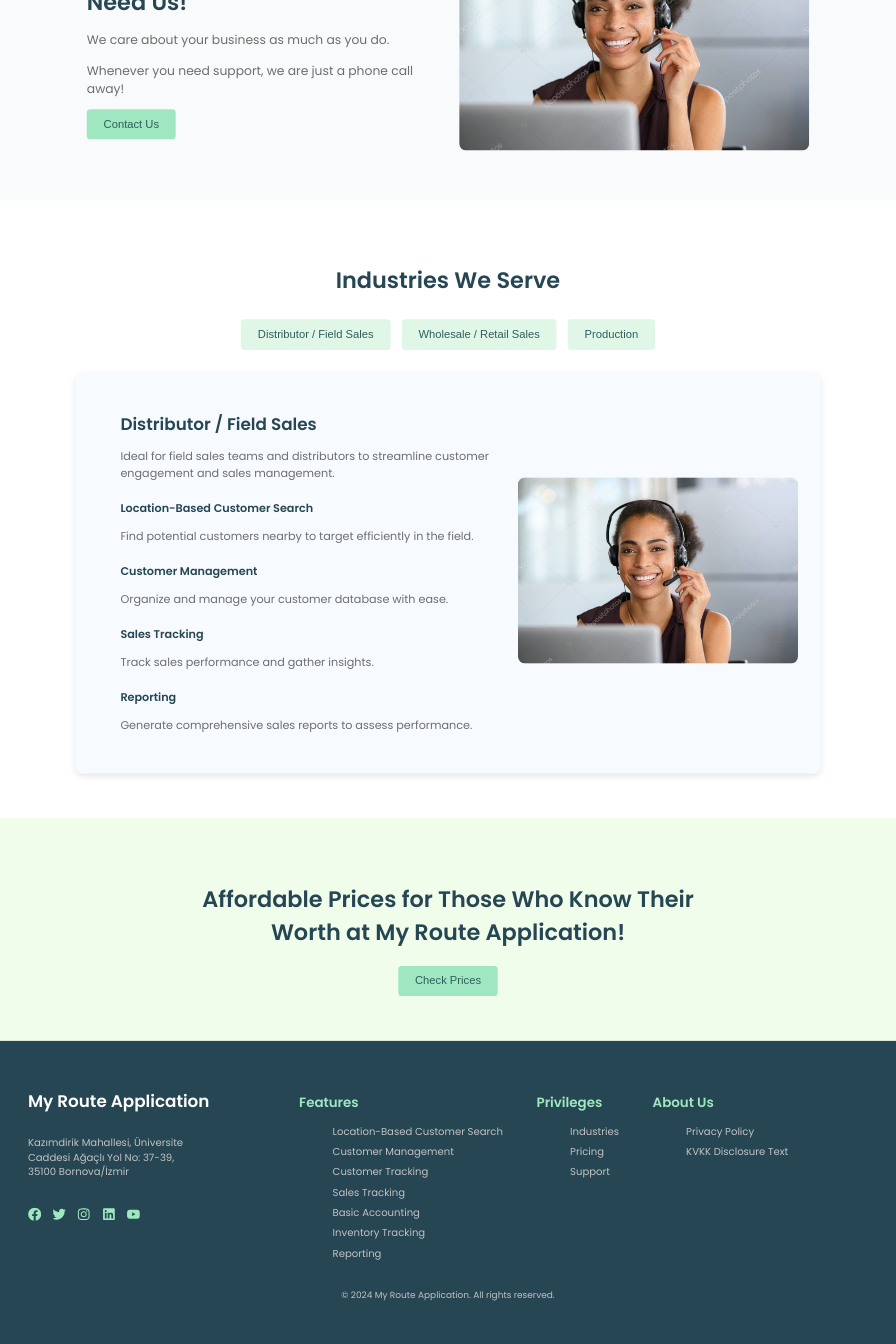
Repository: senolinanyasar/myrouteapplication
Page: /industries
An editor plug-in stored every save of this project. The page is shown before and after the next save, followed by the edit.
The browser window is 1280 px wide. The pictures show the part of the page from y = 2360 to 4280 px (the page is 4280 px tall), at 70% of full size.
The project was rebuilt for these pictures with package versions that can differ from the ones it lists, and the page was loaded fresh each time. Also part of the build but not shown: vite.config.js.

Above is the page before, as saved 2024-11-15 18:03:10.

### src/index.css
@import url('https://fonts.googleapis.com/css2?family=Poppins:wght@400;600&display=swap');

body {
  font-family: 'Poppins', sans-serif;
  color: #264653;
  background-color: #f1faee;
  margin: 0;
  padding: 0;
  box-sizing: border-box;
}

code {
  font-family: source-code-pro, Menlo, Monaco, Consolas, 'Courier New',
    monospace;
}

### src/App.js
import React from 'react';
import HomePage from './components/HomePage';

function App() {
  return (
    <div className="App">
      <HomePage/>
    </div>
  );
}

export default App;

### src/components/HomePage.js
// HomePage.js
import React from 'react';
import TopBar from './TopBar';
import Header from './Header';
import HeroSection from './HeroSection';
import FeaturesSection from './FeaturesSection';
import PricingSection from './PricingSection';
import SupportSection from './SupportSection';
import IndustriesTab from './IndustriesTab';
import Footer from './Footer';

const HomePage = () => {
    return (
        <div>
            <TopBar />
            <Header />
            <HeroSection />
            <FeaturesSection />
            <SupportSection />
            <IndustriesTab />
            <PricingSection />
            <Footer />
        </div>
    );
};

export default HomePage;

### src/components/TopBar.js
// TopBar.js
import React from 'react';
import './TopBar.css';

const TopBar = () => {
    return (
        <div className="top-bar">
            <div className="top-bar-content">
                <span>Help</span>
                <span>0232 323 3223</span>
                <a href="#contact">Contact</a>
            </div>
        </div>
    );
};

export default TopBar;

### src/components/Header.js
// Header.js
import React from 'react';
import './Header.css';

const Header = () => {
    return(
        <header className="header">
            <div className="header-logo">logo</div>
            <nav className="header-nav">
                <a href="#features">Features</a>
                <a href="#industries">Industries</a>
                <a href="#pricing">Price</a>
                <a href="#about">About Us</a>
                <a href='#contact'>Contact</a>
            </nav>
            <div className="header-buttons">
                <button className="login-button">Sing in</button>
                <button className="register-button">Sing Up</button>
            </div>
        </header>
    );
};


export default Header;

### src/components/HeroSection.js
// HeroSection.js
import React from 'react';
import './HeroSection.css';
import herosectionimage from '../images/hero1.webp';

const HeroSection = () =>{
    return(
        <section className="hero">
            <div className='hero-content'>
                <div className='hero-text'>
                    <h2>Customer Finding and Account Management Application Coming from the Heart of Commerce</h2>
                    <p>Increase your sales by finding your customers quickly.</p>
                    <button className='cta-button'>Let's Get it</button>
                </div>
                <div className='hero-image'>
                    <img src={herosectionimage} alt="Hero"/>
                </div>
            </div>
        </section>
    );
};

export default HeroSection;

### src/components/FeaturesSection.js
// FeaturesSection.js
import React from 'react';
import './FeaturesSection.css';
import locationImage from '../images/location.jpg';

const FeaturesSection = () => {
    return (
        <section className="features-section">
            <h2 className='features-title'>Everything You Need <br /> in One Application</h2>
            <div className='feature'>
                <div className='feature-text'>
                    <h3>Finding customers is now very easy!</h3>
                    <p>Expand your market by quickly finding customers in the sector you sell to with our location finder plugin</p>

                <button className='cta-button'>Detail</button>
            </div>
            <div className='feature-image'>
            <img src={locationImage} alt="Location Feature" />
            </div>
            </div>

            <div className='feature'>
                <div className='feature-text'>
                    <h3>Finding customers is now very easy!</h3>
                    <p>Expand your market by quickly finding customers in the sector you sell to with our location finder plugin</p>

                <button className='cta-button'>Detail</button>
            </div>
            <div className='feature-image'>
            <img src={locationImage} alt="Location Feature" />
            </div>
            </div>
            <div className='feature'>
                <div className='feature-text'>
                    <h3>Finding customers is now very easy!</h3>
                    <p>Expand your market by quickly finding customers in the sector you sell to with our location finder plugin</p>

                <button className='cta-button'>Detail</button>
            </div>
            <div className='feature-image'>
            <img src={locationImage} alt="Location Feature" />
            </div>
            </div>
            <div className='feature'>
                <div className='feature-text'>
                    <h3>Finding customers is now very easy!</h3>
                    <p>Expand your market by quickly finding customers in the sector you sell to with our location finder plugin</p>

                <button className='cta-button'>Detail</button>
            </div>
            <div className='feature-image'>
            <img src={locationImage} alt="Location Feature" />
            </div>
            </div>
        </section>
    );
};

export default FeaturesSection;

### src/components/PricingSection.js
// PricingSection.js
import React from "react";
import './PricingSection.css';

const PricingSection = () => {
    return (
        <section className="pricin-section">
          <div className="price-content">
          <h2>Affordable Prices for Those Who Know Their Worth at My Route Application!</h2>
          <button className="cta-button">Check Prices</button>
          </div>
      </section>
    );
};

export default PricingSection;

### src/components/SupportSection.js
//SupportSection.js
import React from "react";
import './SupportSection.css';
import supportImage from '../images/supportimage.jpg';


const SupportSection = () =>{
    return (
        <section className="support-section">
            <div className="support-content">
                <div className="support-text">
                <h2>We're Here for You When You Need Us!</h2>
          <p>We care about your business as much as you do.</p>
          <p>Whenever you need support, we are just a phone call away!</p>
          <button className="cta-button">Contact Us</button>
                </div>
                <div className="support-image">
                <img src={supportImage} alt="Support Team" />
                </div>
            </div>
        </section>
    );
};

export default SupportSection;

### src/components/IndustriesTab.js
// IndustriesTab.js
import React, { useState } from "react";
import './IndustriesTab.css';
import distributorImage from '../images/supportimage.jpg'
import wholesaleImage from '../images/supportimage.jpg'
import productionImage from '../images/supportimage.jpg'




const industriesContent = {
    distributorFieldSales: {
        title: "Distributor / Field Sales",
        description: "Ideal for field sales teams and distributors to streamline customer engagement and sales management.",
        image: distributorImage,
        features: [
            { title: "Location-Based Customer Search", text: "Find potential customers nearby to target efficiently in the field." },
            { title: "Customer Management", text: "Organize and manage your customer database with ease." },
            { title: "Sales Tracking", text: "Track sales performance and gather insights." },
            { title: "Reporting", text: "Generate comprehensive sales reports to assess performance." }
        ]
    },
    wholesaleRetail: {
        title: "Wholesale / Retail Sales",
        description: "Designed for wholesale and retail businesses to manage inventory and customer interactions seamlessly.",
        image: wholesaleImage,
        features: [
            { title: "Customer Management", text: "Maintain customer profiles and track interactions." },
            { title: "Inventory Tracking", text: "Keep accurate inventory records and prevent stock issues." },
            { title: "Sales Tracking", text: "Monitor sales across retail and wholesale channels." },
            { title: "Basic Accounting", text: "Manage finances and transactions for better accounting." },
            { title: "Reporting", text: "Generate sales and stock reports to optimize operations." }
        ]

    },
    production: {
        title: "Production",
        description: "Perfect for manufacturing businesses to manage stock and production-related customer needs.",
        image: productionImage,
        features: [
            { title: "Inventory Tracking", text: "Track raw materials and finished goods efficiently." },
            { title: "Customer Management", text: "Organize customer details for efficient order processing." },
            { title: "Basic Accounting", text: "Handle finances and basic bookkeeping." },
            { title: "Reporting", text: "Generate production and sales reports for operational insights." }
        ]
    }
};


const IndustriesTab = () => {
    const [activeTab, setActiveTab] = useState("distributorFieldSales");
    const handleTabChange = (tab) => {
        setActiveTab(tab);
    };

    const { title, description, image, features } = industriesContent[activeTab];
    return (
        <section className="industries-tab">
            <h2 className="tabs-title">Industries We Serve</h2>
            <div className="tabs-buttons">
                <button onClick={() => handleTabChange("distributorFieldSales")}>Distributor / Field Sales</button>
                <button onClick={() => handleTabChange("wholesaleRetail")}>Wholesale / Retail Sales</button>
                <button onClick={() => handleTabChange("production")}>Production</button>
            </div>
            <div className="tabs-content">
                <div className="tabs-text">
                    <h3>{title}</h3>
                    <p>{description}</p>
                    {features.map((feature,index)=> (
                        <div key={index} className="tabs-feature">
                            <strong>{feature.title}</strong>
                            <p>{feature.text}</p>
                            </div>
                    ))}
                </div>
                <div className="tabs-image">
                    <img src={image} alt={title}/>
                </div>
            </div>
        </section>
    );
};

export default IndustriesTab;

### src/components/Footer.js
// Footer.js

import React from 'react';
import './Footer.css';
import { FaFacebook, FaInstagram, FaLinkedin, FaTwitter, FaYoutube } from 'react-icons/fa';

const Footer = () => {
    return (
        <footer className="footer">
            <div className='footer-content'>
                <div className='footer-left'>
                    <div className='footer-logo'>
                        <h2>My Route Application</h2>
                    </div>
                    <p>Kazımdirik Mahallesi, Üniversite <br />Caddesi Ağaçlı Yol No: 37-39, <br />35100 Bornova/İzmir</p>
                    <div className='social-icons'>
                        <FaFacebook />
                        <FaTwitter />
                        <FaInstagram />
                        <FaLinkedin />
                        <FaYoutube />
                    </div>
                </div>

                <div className="footer-right">
                <br/><br/><br/><br/>
                    <div className='footer-section'>
                        <h4>Features</h4>
                        <ul>
                            <li>Location-Based Customer Search</li>
                            <li>Customer Management</li>
                            <li>Customer Tracking</li>
                            <li>Sales Tracking</li>
                            <li>Basic Accounting</li>
                            <li>Inventory Tracking</li>
                            <li>Reporting</li>
                        </ul>
                    </div>

                    <div className="footer-section">
                        <h4>Privileges</h4>
                        <ul>
                            <li>Industries</li>
                            <li>Pricing</li>
                            <li>Support</li>
                        </ul>
                    </div>

                    <div className="footer-section">
                        <h4>About Us</h4>
                        <ul>
                            <li>Privacy Policy</li>
                            <li>KVKK Disclosure Text</li>
                        </ul>
                    </div>
                </div>
            </div>

            <div className="footer-bottom">
                <p>&copy; 2024 My Route Application. All rights reserved.</p>
            </div>
        </footer>
    );
};

export default Footer;

### src/components/TopBar.css
/* TopBar.css */

.top-bar {
    background-color: #2f5d5b;
    color: white;
    padding: 0.5rem;
    font-size: 0.9rem;
    display: flex;
    justify-content: center;
    position: fixed;
    top: 0;
    width: 99%;
    z-index: 1000;
}
.top-bar-content {
    display: flex;
    gap: 1rem;
    align-items: center;
    justify-content: flex-end;
    width: 100%;
}

.top-bar-content span{
    color: #ffffff;
}
.top-bar-content a{
    color: #9fe7c0;
    text-decoration: none;
    transition: color 0.3s;
}

.top-bar-content a:hover{
    color: #c3f2d0;
}

### src/components/Header.css
/* Header.css */
.header{
    display: flex;
    justify-content: space-between;
    align-items: center;
    padding: 1rem 2rem;
    background-color: #2f5d5b;
    color: white;
    margin-top: 2rem;
    position: sticky;
    top: 2rem;
    z-index: 999;
}


.header-logo {
    font-size: 1.5rem;
    font-weight: bold;
}
.header-nav a{
    margin: 0 1rem;
    color: white;
    text-decoration: none;
}
.header-nav a:hover {
    color: #e9c46a;
  }

.header-buttons button{
    margin-left: 1rem;
    padding: 0.5rem 1rem;
    border: none;
    border-radius: 5px;
}

.login-button{
    background-color: #2f5d5b;
    color: white;
}

.register-button{
    background-color: #9fe7c0;
    color: black;
}

### src/components/HeroSection.css
.hero {
    padding: 4rem 2rem;
    background-color: #2f5d5b;
    color: white;

}

.hero-content {
    display: flex;
    align-items: center;
    justify-content: space-between;
    max-width: 1000px;
    margin: 0 auto;
}

.hero-text {
    flex: 1;
    margin-right: 2rem;
}

.hero h2 {
    font-size: 2.5rem;
    margin-bottom: 1rem;

}

.hero p {
    font-size: 1.2rem;
    margin-bottom: 2rem;

}

.cta-button {
    padding: 0.8rem 1.5rem;
    font-size: 1rem;
    color: #2f5d5b;
    background-color: #9fe7c0;
    border: none;
    border-radius: 5px;
    cursor: pointer;
    transition: background-color 0.3s ease;
}

.cta-button:hover {
    background-color: #c3f2d0;
}

.hero-image {
    flex: 1;
    max-width: 500px;
    height: auto;

}

.hero-image img {
    width: 100%;
    height: auto;
    object-fit: cover;
    border-radius: 10px;
}

### src/components/FeaturesSection.css
/* FeaturesSection.css */
.features-section {
    padding: 4rem 2rem;
    text-align: center;
}

.features-title {
    font-size: 2rem;
    font-weight: 600;
    color: #264653;
    margin-bottom: 3rem;
    line-height: 1.2;
}



.feature {
    display: flex;
    align-items: center;
    justify-content: center;
    gap: 2rem;
    margin-bottom: 4rem;
    flex-direction: row;
}

.feature:nth-child(even) {
    flex-direction: row-reverse;
}

.feature-text {
    flex: 1;
    max-width: 500px;
    text-align: left;
}

.features h3 {
    font-size: 1.8rem;
    font-weight: 600;
    color: #264653;
    margin-bottom: 1rem;
}

.feature-text p {
    font-size: 1.1rem;
    color: #6d6d6d;
    margin-bottom: 1.5rem;
}

.cta-button {
    padding: 0.8rem 1.5rem;
    font-size: 1rem;
    color: #2f5d5b;
    background-color: #9fe7c0;
    border: none;
    border-radius: 5px;
    cursor: pointer;
    transition: background-color 0.3s ease;
    text-align: center;
}

.cta-button:hover {
    background-color: #c3f2d0;
}

.feature-image {
    flex: 1;
    max-width: 400px;
    height: auto;
}

.feature-image img {
    width: 100%;
    height: auto;
    object-fit: cover;
    border-radius: 10px;
}

### src/components/PricingSection.css
/* PricingSection.css */

.pricin-section{
    background-color: #f0fdeb;
    padding: 4rem 2rem;
    text-align: center;
}
.price-content{
    max-width: 800px;
    margin:  0 auto;
}

.price-content h2{
    font-size: 2rem;
    font-weight: 600;
    color: #264653;
    margin-bottom: 1.5rem;
}

.cta-button {
    padding: 0.8rem 1.5rem;
    font-size: 1rem;
    color: #2f5d5b;
    background-color: #9fe7c0;
    border: none;
    border-radius: 5px;
    cursor: pointer;
    transition: background-color 0.3s ease;
  }

  .cta-button:hover {
    background-color: #c3f2d0;
  }

### src/components/SupportSection.css
/*SupportSection.css */
.support-section{
    background-color: #f9fafb;
    padding: 4rem 2rem;
    display: flex;
    justify-content: center;
    align-items: center;
}

.support-content{
    display: flex;
    align-items: center;
    justify-content: space-between;
    max-width: 1200px;
    gap: 2rem;
}

.support-text{
    flex: 1;
    max-width: 500px;
    text-align: left;
}
.support-text h2{
    font-size: 2rem;
    color: #264653;
    margin-bottom: 1rem;
}

.support-text p {
    font-size: 1.1rem;
    color: #6d6d6d;
    margin-bottom: 1rem;
  }

  .cta-button {
    padding: 0.8rem 1.5rem;
    font-size: 1rem;
    color: #2f5d5b;
    background-color: #9fe7c0;
    border: none;
    border-radius: 5px;
    cursor: pointer;
    transition: background-color 0.3s ease;
  }

  .cta-button:hover {
    background-color: #c3f2d0;
  }

  .support-image {
    flex: 1;
    max-width: 500px;
  }

  .support-image img {
    width: 100%;
    height: auto;
    object-fit: cover;
    border-radius: 10px;
  }

### src/components/IndustriesTab.css
/*IndustriesTab */

.industries-tab{
    background-color: #ffffff;
    padding: 4rem 2rem;
    text-align: center;
}

.tabs-title{
    font-size: 2rem;
    font-weight: 600;
    color: #264653;
    margin-bottom: 2rem;
}

.tabs-buttons{
    display: flex;
    justify-content: center;
    gap: 1rem;
    margin-bottom: 2rem;
}

.tabs-buttons button{
    padding: 0.8rem 1.5rem;
    font-size: 1rem;
    color: #2f5d5b;
    background-color: #e0f7e7;
    border: none;
    border-radius: 5px;
    cursor: pointer;
    transition: background-color 0.3s ease;
}

.tabs-buttons button:hover,
.tabs-buttons button:focus{
    background-color: #9fe7c0;
}

.tabs-content{
    display: flex;
    justify-content: space-around;
    align-items: center;
    background-color: #f7faff;
    padding: 2rem;
    border-radius: 10px;
    box-shadow: 0 4px 10px rgba(0, 0, 0, 0.1);
    max-width: 1000px;
    margin:  0 auto;
}

.tabs-text {
    flex: 1;
    text-align: left;
    padding-left: 2rem;
}

.tabs-text h3 {
    font-size: 1.5rem;
    color: #264653;
    margin-bottom: 1rem;
}
.tabs-text p {
    color: #6d6d6d;
    margin-bottom: 1.5rem;
}

.tabs-feature{
    margin-bottom: 1rem;
}

.tabs-feature strong {
    display: block;
    color: #264653;
    margin-bottom: 0.3rem;
}

.tabs-image{
    flex: 1;
    max-width: 400px;
}

.tabs-image img{
    width: 100%;
    height: auto;
    border-radius: 10px;
    object-fit: cover;
}

### src/components/Footer.css
/* Footer.css */

.footer {
    background-color: #264653;
    color: #ffffff;
    padding: 3rem 2rem;
}
.footer-content{
    display: flex;
    max-width: 1200px;
    justify-content: space-around;
    margin: 0 auto;
}

.footerleft{
    flex: 1;
    max-width: 300px;
}

.footer-logo h2{
    font-size: 1.5rem;
    color: #ffffff;
    margin-bottom: 2rem;
}


.footer-left p{
    color: #c3c3c3;
    font-size: 0.9rem;
    margin-bottom: 2.5rem;
}

.social-icons{
    display: flex;
    gap: 1rem;
    font-size: 1.2rem;
}


.social-icons svg{
    color: #9fe7c0;
    cursor: pointer;
    transition: color 0.3s ease;
}
.social-icons svg:hover {
    color: #c3f2d0;
}

.footer-right{
    display: flex;
    gap: 3rem;
    flex: 2;
    margin-left: 5rem;
}

.footer-section{
    text-align: left;
}
.footer-section h4{
    font-size: 1.2rem;
    color: #9fe7c0;
    margin-bottom: 1rem;
}
.footer-section ul{
    list-style: none;
    padding: 0;
    margin: 0;

}

.footer-section ul li{
    font-size: 0.9rem;
    margin-bottom: 0.5rem;
    color: #c3c3c3;
    cursor: pointer;
    transition: color 0.3s ease;
    margin-left: 3rem;
}

.footer-sectionul li:hover{
    color: #ffffff;
}

.footer-bottom{
    text-align: center;
    font-size: 0.8rem;
    color: #c3c3c3;
    margin-top: 2rem;
}

Loaded but not shown: public/index.html (common file); src/index.js (common file); src/reportWebVitals.js (common file)

After the next save:
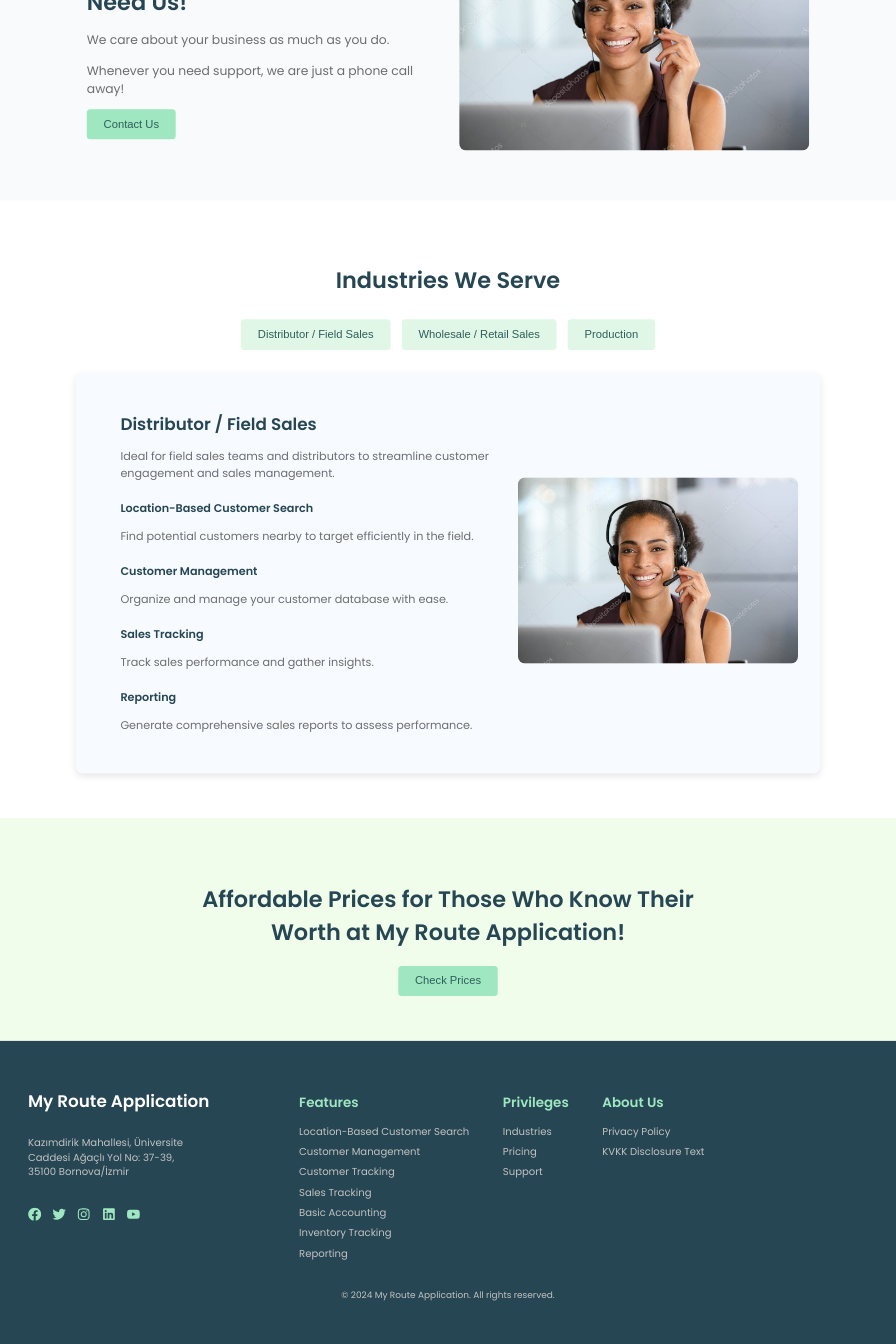
Saved 7 s later.
--- a/src/components/Footer.css
+++ b/src/components/Footer.css
@@ -74,7 +74,6 @@
     color: #c3c3c3;
     cursor: pointer;
     transition: color 0.3s ease;
-    margin-left: 3rem;
 }
 
 .footer-sectionul li:hover{
